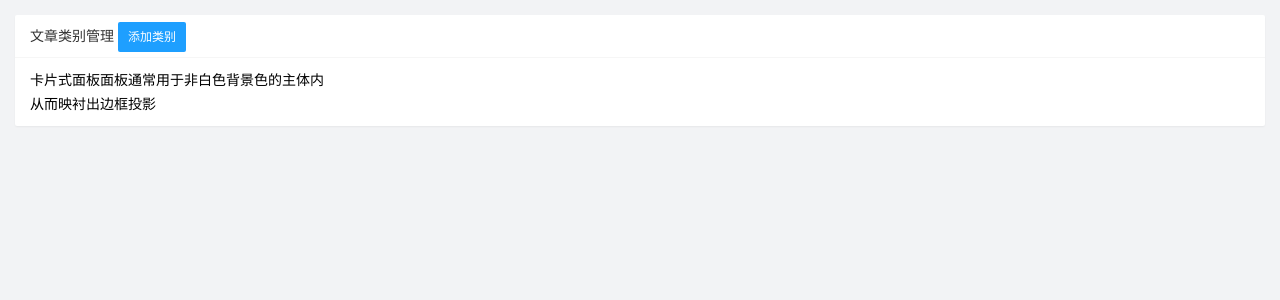
Repository: keyboying1/web_bigevent
Page: article/art_cate.html
These files come from the project's save history. The page is drawn as it stood at one moment and after the next save; the edit follows.
The browser window is 1280 px wide. The pictures show the whole page.

Above is the page before, as saved 2022-11-21 14:27:59.

### article/art_cate.html
<!DOCTYPE html>
<html lang="en">
<head>
    <meta charset="UTF-8">
    <meta http-equiv="X-UA-Compatible" content="IE=edge">
    <meta name="viewport" content="width=device-width, initial-scale=1.0">
    <title>Document</title>
    <link rel="stylesheet" href="/assets/lib/layui/css/layui.css">
    <link rel="stylesheet" href="/assets/css/article/art_cate.css">
</head>
<body>
    <!-- 卡片区域 -->
    <div class="layui-card">
        <div class="layui-card-header">
            <span>文章类别管理</span>
            <button type="button" class="layui-btn  layui-btn-sm layui-btn-normal">添加类别</button>
        </div>
        <div class="layui-card-body">
          卡片式面板面板通常用于非白色背景色的主体内<br>
          从而映衬出边框投影
        </div>
     </div>
</body>
</html>

### assets/css/article/art_cate.css
html,
body {
  margin: 0;
  padding: 0;
}
body {
    padding: 15px;
    background-color: #f2f3f5;
  }

Loaded but not shown: assets/lib/layui/css/layui.css (library)

After the next save:
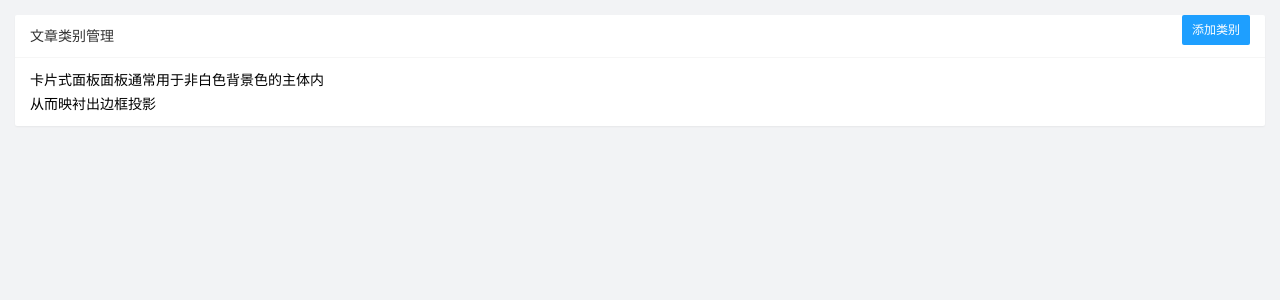
Saved 54 s later.
--- a/assets/css/article/art_cate.css
+++ b/assets/css/article/art_cate.css
@@ -7,3 +7,8 @@
     padding: 15px;
     background-color: #f2f3f5;
   }
+
+.layui-card-header {
+    display: flex;
+    justify-content: space-between;
+}
